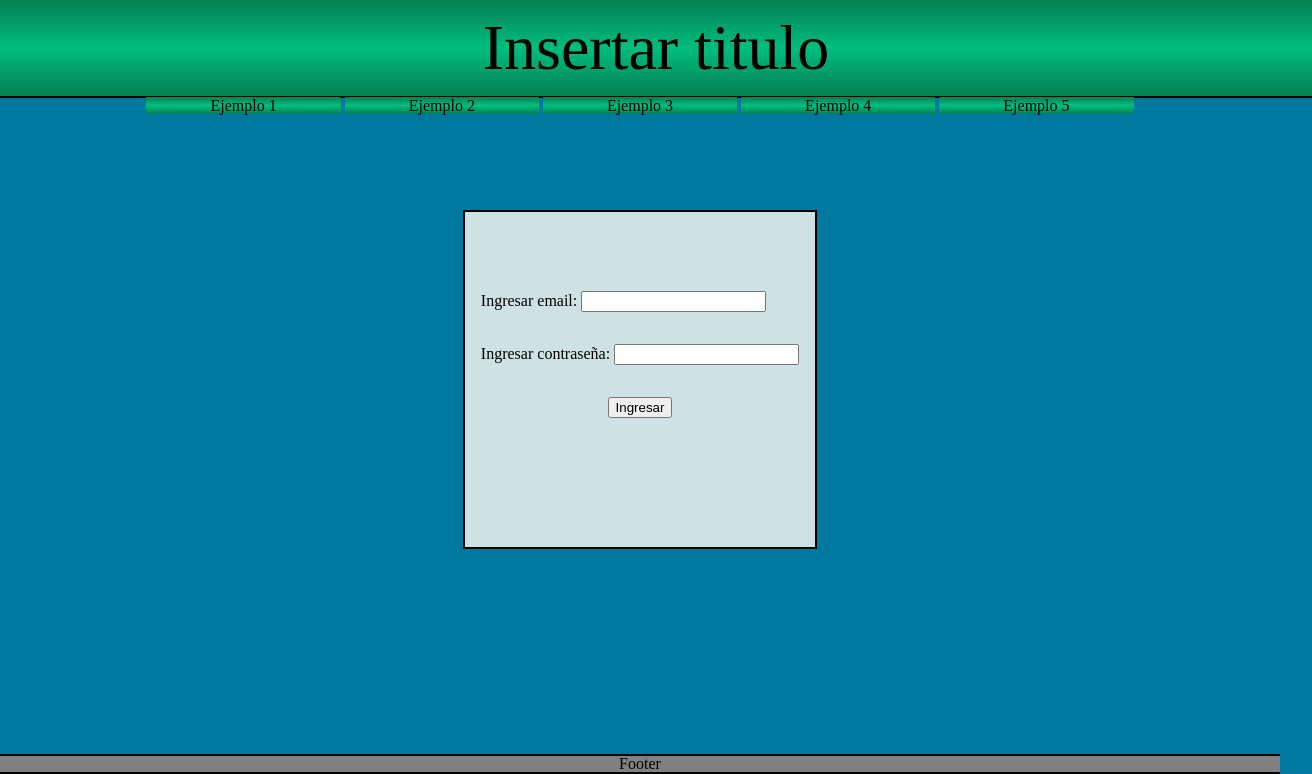
Repository: FacundoKinderknecht/Parcial-2-LPPA
Page: login/login.html
The author's editor kept a copy of each file at every save. The page is drawn from the files as they stood at one save, then again after the next save.
The browser window is 1280 px wide. The page is 1312 px wide, so the pictures cover 1312 px, including what lies to the right of the window. The pictures show the whole page.

Above is the page before, as saved 2022-07-06 10:40:10.

After the next save:
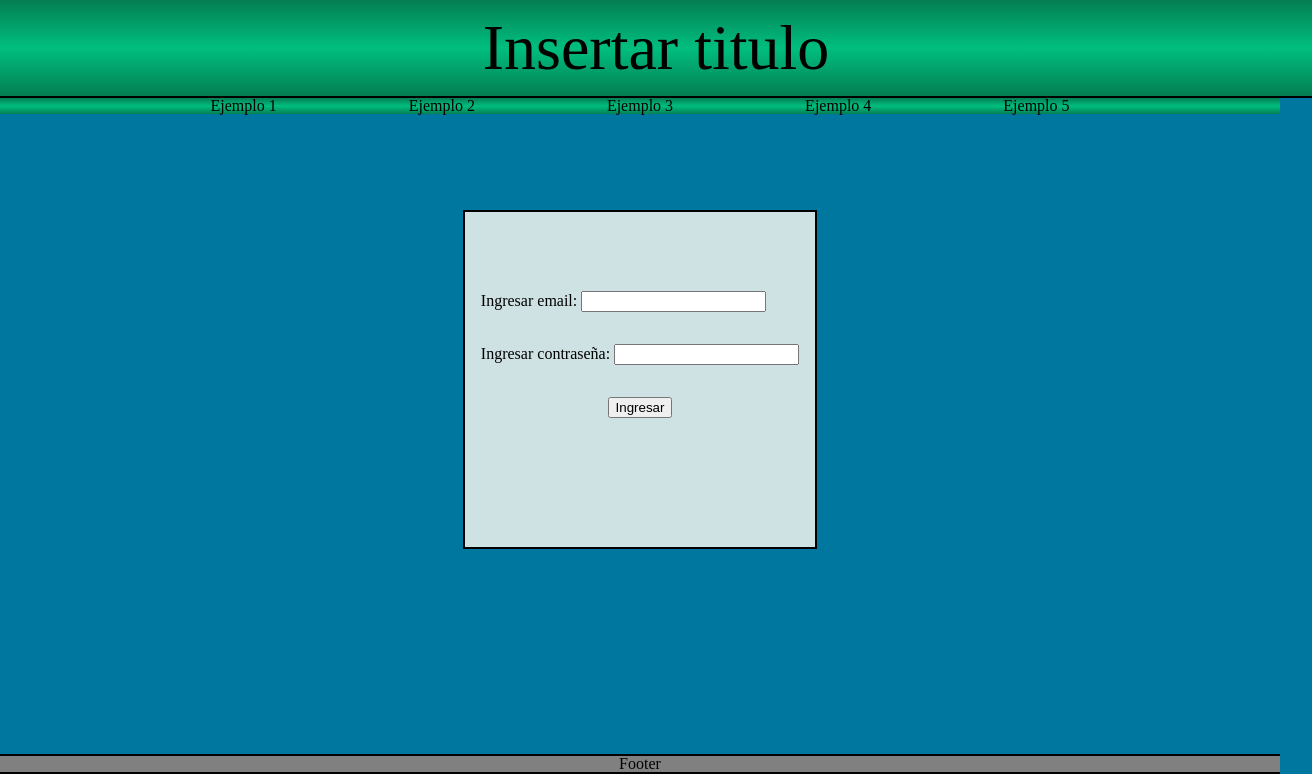
Saved 10 s later.
--- a/login/login.css
+++ b/login/login.css
@@ -12,12 +12,12 @@ nav{
     text-decoration: none;
 }
 li{
+    background: linear-gradient(to top, rgb(4, 126, 83), rgb(0, 190, 126), rgb(4, 126, 83));
     text-decoration: none;
     list-style: none;
     color: black;
 }
 a{
-    background: linear-gradient(to top, rgb(4, 126, 83), rgb(0, 190, 126), rgb(4, 126, 83));
     text-decoration: none;
     color: black;
     padding: 0% 5%;
